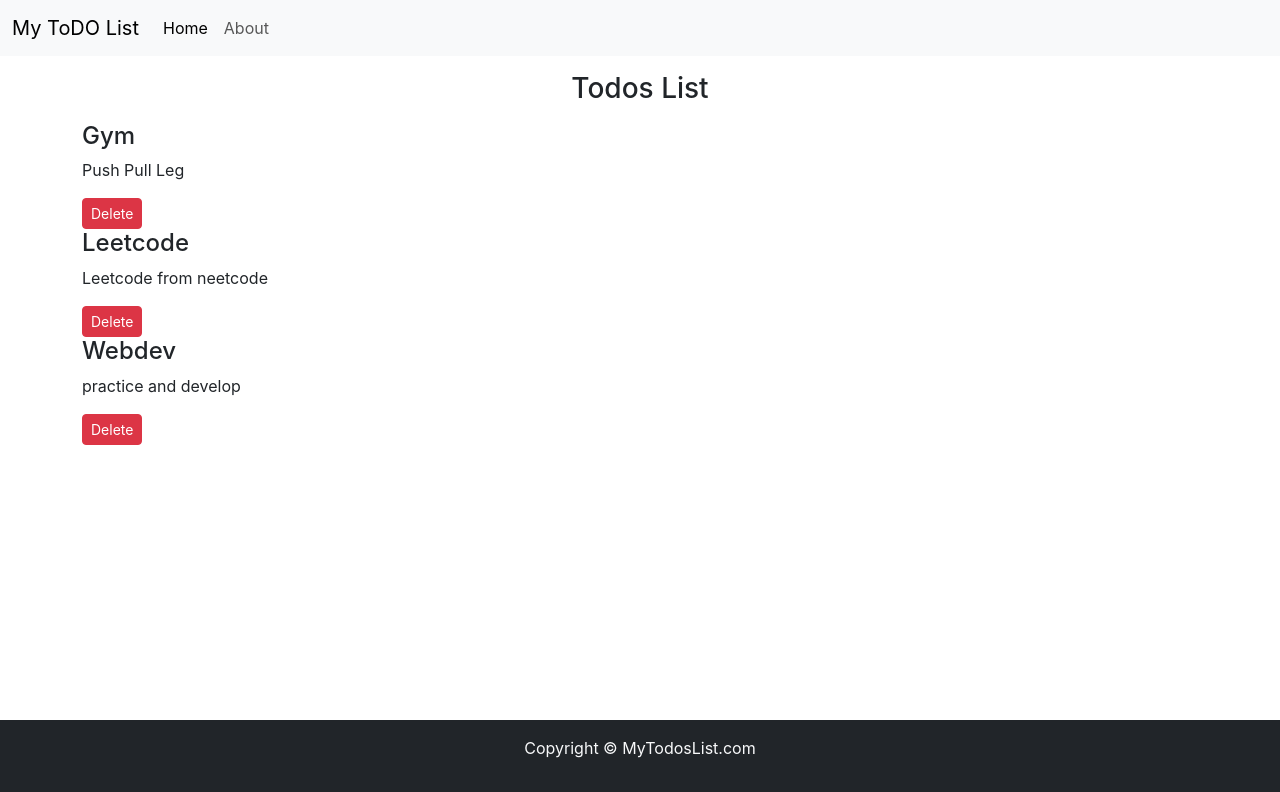
Repository: AshwinUgale/ToDoList
Page: /
An editor plug-in stored every save of this project. The page is shown before and after the next save, followed by the edit.
The browser window is 1280 px wide. The pictures show the whole page.
The project was rebuilt for these pictures with package versions that can differ from the ones it lists, and the page was loaded fresh each time. Also part of the build but not shown: src/App.css.

Above is the page before, as saved 2024-12-21 17:00:45.

### public/index.html
<!DOCTYPE html>
<html lang="en">
  <head>
    <meta charset="utf-8" />
    <link rel="icon" href="%PUBLIC_URL%/favicon.ico" />
    <meta name="viewport" content="width=device-width, initial-scale=1" />
    <meta name="theme-color" content="#000000" />
    <meta
      name="description"
      content="Web site created using create-react-app"
    />
    <link rel="apple-touch-icon" href="%PUBLIC_URL%/logo192.png" />

    <link rel="manifest" href="%PUBLIC_URL%/manifest.json" />
    <link href="https://cdn.jsdelivr.net/npm/bootstrap@5.3.3/dist/css/bootstrap.min.css" rel="stylesheet" integrity="sha384-QWTKZyjpPEjISv5WaRU9OFeRpok6YctnYmDr5pNlyT2bRjXh0JMhjY6hW+ALEwIH" crossorigin="anonymous">
    <title>Todos List</title>
  </head>
  <body>
    <noscript>You need to enable JavaScript to run this app.</noscript>
    <div id="root"></div>


  </body>
  <script src="https://cdn.jsdelivr.net/npm/bootstrap@5.3.3/dist/js/bootstrap.bundle.min.js" integrity="sha384-YvpcrYf0tY3lHB60NNkmXc5s9fDVZLESaAA55NDzOxhy9GkcIdslK1eN7N6jIeHz" crossorigin="anonymous"></script>
</html>

### src/App.js

import './App.css';
import Header from './MyComponents/Header';
import {Footer} from "./MyComponents/Footer";
import {Todos} from "./MyComponents/Todos";
import React, {useState} from 'react';
import { AddTodo } from "./MyComponents/AddTodo";

function App() {
  const onDelete = (todo)=>{
    console.log("Delete",todo)
    setTodos(todos.filter((e)=>{
        return e!==todo;
    }))
  }

  const [todos,setTodos]=useState([
    {
      sno: 1,
      title: "Gym",
      desc: "Push Pull Leg"
    },
    {
      sno: 2,
      title: "Leetcode",
      desc: "Leetcode from neetcode"
    },
    {
      sno: 3,
      title: "Webdev",
      desc: "practice and develop "
    },
  ])
  return (
    <>
    <Header title="My ToDO List" searchBar={false}/>
    <Todos todos={todos} onDelete={onDelete}/>
    <Footer/>
    </>
  );
}

export default App;

### src/MyComponents/Header.js
import React from 'react';
import PropTypes from 'prop-types';
export default function Header({ title = "Your Title Here", searchBar = true }) {
    console.log("Props received in Header:", {title,searchBar});
  return (
    <nav className="navbar navbar-expand-lg bg-body-tertiary">
      <div className="container-fluid">
        <a className="navbar-brand" href="#">{title}</a>
        <button
          className="navbar-toggler"
          type="button"
          data-bs-toggle="collapse"
          data-bs-target="#navbarSupportedContent"
          aria-controls="navbarSupportedContent"
          aria-expanded="false"
          aria-label="Toggle navigation"
        >
          <span className="navbar-toggler-icon"></span>
        </button>
        <div className="collapse navbar-collapse" id="navbarSupportedContent">
          <ul className="navbar-nav me-auto mb-2 mb-lg-0">
            <li className="nav-item">
              <a className="nav-link active" aria-current="page" href="#">Home</a>
            </li>
            <li className="nav-item">
              <a className="nav-link" href="#">About</a>
            </li>

          </ul>
          {searchBar?<form className="d-flex" role="search">
            <input
              className="form-control me-2"
              type="search"
              placeholder="Search"
              aria-label="Search"
            />
            <button className="btn btn-outline-success" type="submit">
              Search
            </button>
          </form>:""}
        </div>
      </div>
    </nav>
  )
}

Header.defaultProps ={
    title: "Your Title Here",
    searchBar: true
}

Header.propTypes = {
    title: PropTypes.string,
    searchBar: PropTypes.bool,
  };

### src/MyComponents/Footer.js
import React from 'react'

export const Footer = () => {
  let footerStyle = {
    position: "absolute",
    top: "100vh",
    width: "100%",
  }
  return (
    <footer className='bg-dark text-light py-3' style={footerStyle}>
        <p className='text-center'>
          Copyright &copy; MyTodosList.com
        </p>
    </footer>
  )
}

### src/MyComponents/Todos.js
import React from 'react'
import {TodoItem } from "../MyComponents/TodoItem";

export const Todos = (props) => {
  return (
    <div className="container">
        <h3 className="text-center my-3">Todos List</h3>
        {props.todos.length===0? "No todos to display":
        props.todos.map((todo)=>{
          return <TodoItem todo={todo} key={todo.sno} onDelete={props.onDelete}/>
        })
        }

    </div>
  )
}

### src/MyComponents/TodoItem.js
import React from 'react'

export const TodoItem = ({todo,onDelete}) => {
  return (
    <div>
        <h4>{todo.title}</h4>
        <p>{todo.desc}</p>
        <button className="btn btn-sm btn-danger" onClick={()=>{onDelete(todo)}}>Delete</button>
    </div>
  )
}

### src/MyComponents/AddTodo.js
import React from 'react'

export const AddTodo = () => {
  return (
    <div><form>
    <div class="mb-3">
      <label for="exampleInputEmail1" class="form-label">Email address</label>
      <input type="email" class="form-control" id="exampleInputEmail1" aria-describedby="emailHelp"/>
      <div id="emailHelp" class="form-text">We'll never share your email with anyone else.</div>
    </div>
    <div class="mb-3">
      <label for="exampleInputPassword1" class="form-label">Password</label>
      <input type="password" class="form-control" id="exampleInputPassword1"/>
    </div>
    <div class="mb-3 form-check">
      <input type="checkbox" class="form-check-input" id="exampleCheck1"/>
      <label class="form-check-label" for="exampleCheck1">Check me out</label>
    </div>
    <button type="submit" class="btn btn-primary">Submit</button>
  </form>
  </div>
  )
}

Loaded but not shown: src/index.js (common file); src/index.css (common file); src/reportWebVitals.js (common file)

After the next save:
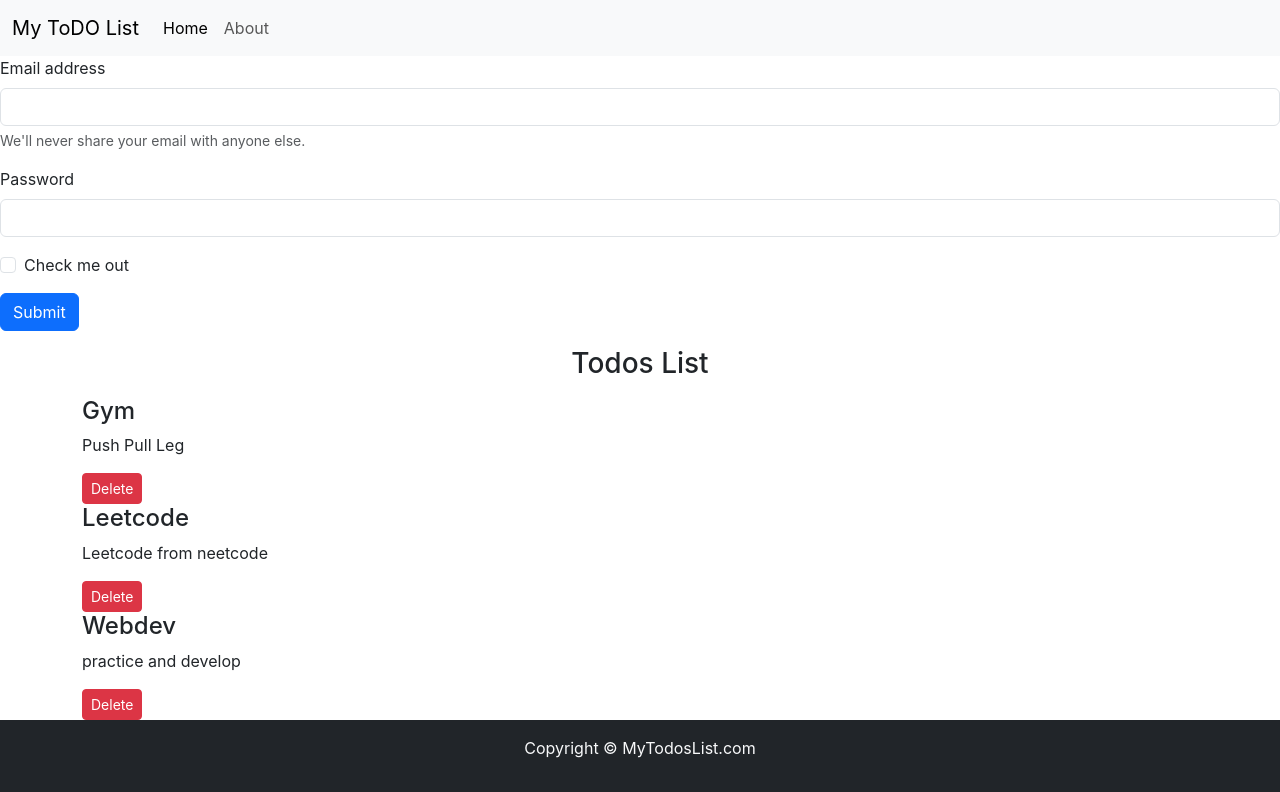
Saved 23 s later.
--- a/src/App.js
+++ b/src/App.js
@@ -34,6 +34,7 @@ function App() {
   return (
     <>
     <Header title="My ToDO List" searchBar={false}/>
+    <AddTodo/>
     <Todos todos={todos} onDelete={onDelete}/>
     <Footer/>
     </>
